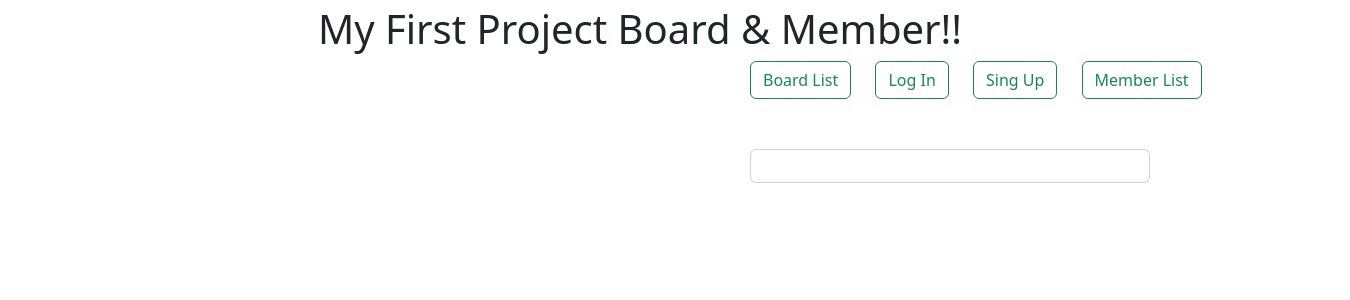
Repository: Raneechoi/java2022_09_03
Page: http://localhost/Project/mem/login_auth
An editor plug-in stored every save of this project. The page is shown before and after a run of saves, followed by the edit.
The browser window is 1280 px wide. The page is 1350 px wide, so the pictures cover 1350 px, including what lies to the right of the window. The pictures show the whole page.
The page is served by Tomcat 9. Other server files are loaded and not shown. Queries for data that is not in the repository find no rows.

Above is the page before, as saved 2022-12-08 06:11:09.

### JSP_Board&Member/Project/src/main/webapp/index.jsp
<%@ page language="java" contentType="text/html; charset=UTF-8"
    pageEncoding="UTF-8"%>
<%@ taglib uri="http://java.sun.com/jsp/jstl/core" prefix="c" %>
<!DOCTYPE html>
<html>
<head>
<meta charset="UTF-8">
<title>Insert title here</title>
<!-- CSS only -->
<link href="https://cdn.jsdelivr.net/npm/bootstrap@5.2.2/dist/css/bootstrap.min.css" rel="stylesheet" integrity="sha384-Zenh87qX5JnK2Jl0vWa8Ck2rdkQ2Bzep5IDxbcnCeuOxjzrPF/et3URy9Bv1WTRi" crossorigin="anonymous">
<!-- JavaScript Bundle with Popper -->
<script src="https://cdn.jsdelivr.net/npm/bootstrap@5.2.2/dist/js/bootstrap.bundle.min.js" integrity="sha384-OERcA2EqjJCMA+/3y+gxIOqMEjwtxJY7qPCqsdltbNJuaOe923+mo//f6V8Qbsw3" crossorigin="anonymous"></script>
</head>
<body>
<div style="margin-top: 5px">
	<h1 style="text-align: center;">My First Project Board & Member!!</h1>
</div>

<div style="width: 600px; display:inline-block; margin-left: 750px;">
		<a href="/bor/pageList" style="margin-right: 20px"><button class="btn btn-outline-success">Board List</button></a>
		<a href="/mem/login" style="margin-right: 20px"><button class="btn btn-outline-success">Log In</button></a>
		<a href="/mem/join" style="margin-right: 20px"><button class="btn btn-outline-success">Sing Up</button></a>
		<a href="/mem/list" ><button class="btn btn-outline-success">Member List</button></a>
</div>

<div class="card" style="width: 400px; display:inline-flex; margin-left: 750px; margin-top: 50px; ">
	 <div class="card-body">
		<c:if test="${ses.email ne null && ses.email ne '' }">
			${ses.email } login 하였습니다. <br>
			계정생성일 : ${ses.reg_at } <br>
			마지막 접속 : ${ses.last_login } <br>
			<a href="/mem/modify?email=${ses.email }"><button type="button" class="btn btn-success" style="margin-top: 20px">회원정보 수정</button></a>
			<a href="/mem/logout?email=${ses.email }"><button type="button" class="btn btn-secondary" style="margin-top: 20px">로그아웃</button></a><br>
		</c:if>

		<c:if test="${ses.email ne null && ses.email ne '' }">
			<a href="/bor/register" ><button class="btn btn-success" style="margin-top: 20px">Board Register</button></a>
			<a href="/bor/list"><button class="btn btn-success" style="margin-top: 20px">My Board List</button></a><br>
		</c:if>
	</div>
</div>


<div >
	<c:if test="${ses.email ne null && ses.email ne '' }">
		<a href="/mem/remove?email=${ses.email }"><button class="btn btn-outline-secondary">회원탈퇴</button></a>
	</c:if>
</div>
</body>
</html>

### JSP_Board&Member/Project/src/main/java/controller/MemberController.java
package controller;

import java.io.IOException;
import java.util.List;

import javax.servlet.RequestDispatcher;
import javax.servlet.ServletException;
import javax.servlet.annotation.WebServlet;
import javax.servlet.http.HttpServlet;
import javax.servlet.http.HttpServletRequest;
import javax.servlet.http.HttpServletResponse;
import javax.servlet.http.HttpSession;

import org.slf4j.Logger;
import org.slf4j.LoggerFactory;

import domain.MemberVO;
import service.MemberService;
import service.MemberServiceImpl;


@WebServlet("/mem/*")
public class MemberController extends HttpServlet {
	private static final long serialVersionUID = 1L;
	private static final Logger log = LoggerFactory.getLogger(MemberController.class);
    private RequestDispatcher rdp;
    private String destPage; //목적지 주소 기록 변수
    private int isOK;

    private MemberService msv; // interface로 생성 - service패키지에

    public MemberController() {
    	msv = new MemberServiceImpl();
    }

	protected void service(HttpServletRequest req, HttpServletResponse res) throws ServletException, IOException {
		req.setCharacterEncoding("utf-8");
		res.setCharacterEncoding("utf-8");
		res.setContentType("text/html; charset=utf-8");

		String uri = req.getRequestURI();
		String path = uri.substring(uri.lastIndexOf("/")+1);

		log.info(">>> URI > "+uri);
		log.info(">>> Path > "+path);
		switch (path) {
		case "login":
			destPage = "/member/login.jsp";
			break;

		case "login_auth":
			try {
				MemberVO mvo = msv.login(
						new MemberVO(
								req.getParameter("email"),
								req.getParameter("pwd")
								));
				log.info("login 객체 input");
				if(mvo != null) {
					//세션 가져오기. 연결된 세션이 없다면 새로 생성
					HttpSession ses = req.getSession();
					//ses로 mvo를 바인딩
					ses.setAttribute("ses", mvo);
					ses.setMaxInactiveInterval(10*60);  // 로그인 유지시간(10분)
				}else {
					req.setAttribute("msg_login", 0);
				}
				destPage="/";

			} catch (Exception e) {
				// TODO: handle exception
				e.printStackTrace();
			}
			break;

		case "join":
			try {
				destPage = "/member/join.jsp";
			} catch (Exception e) {
				e.printStackTrace();
			}
			break;

		case "register":
			isOK = msv.register(new MemberVO(
					req.getParameter("email"),
					req.getParameter("pwd"),
					req.getParameter("nick_name")
					));
			log.info(">>> join > "+(isOK > 0 ?"ok" :"fail"));
			destPage="login";
			break;

		case "logout":
			// 연결된 세션이 있다면 해당 세션을 가져오기
			try {
				HttpSession ses = req.getSession();
				ses.invalidate();  // 세션 끊기
				// 로그인된 email을 주고 로그인 시간 update
				isOK = msv.lastLogin(req.getParameter("email"));
				log.info(">>> lastLogin > "+(isOK > 0 ?"ok" :"fail"));
				destPage="/index.jsp";
			} catch (Exception e) {
				e.printStackTrace();
			}
			break;

		case "list":
			try {
				List<MemberVO> list = msv.getlist();
				req.setAttribute("list", list);
				destPage="/member/list.jsp";
			} catch (Exception e) {
				e.printStackTrace();
			}
			break;

		case "modify":
			try {
				log.info("modify check 1");
				MemberVO mvo = msv.selectOne(req.getParameter("email"));
				req.setAttribute("mvo", mvo);

				log.info("modify check 2");
				destPage = "/member/update.jsp";
			} catch (Exception e) {
				e.printStackTrace();
			}
			break;

		case "update":
			try {
				MemberVO mvo = new MemberVO(req.getParameter("email"), req.getParameter("pwd"), req.getParameter("nick_name"));
				int isOk = msv.update(mvo);
				destPage = "/";
			} catch (Exception e) {
				e.printStackTrace();
			}
			break;

		case "remove":
			try {
				HttpSession ses = req.getSession();
				ses.invalidate();  // 세션 끊기
				// 로그인된 email을 주고 로그인 시간 update
				isOK = msv.remove(req.getParameter("email"));
				log.info(">>> remove > "+(isOK > 0 ?"ok" :"fail"));
				destPage="/";

			} catch (Exception e) {
				e.printStackTrace();
			}
			break;

		default:
			break;
		}
		// 목적지 주소 값 세팅
		rdp = req.getRequestDispatcher(destPage);
		// 정보 싣고 보내기
		rdp.forward(req, res);
	}

	protected void doGet(HttpServletRequest req, HttpServletResponse res) throws ServletException, IOException {
		service(req, res);
	}

	protected void doPost(HttpServletRequest req, HttpServletResponse res) throws ServletException, IOException {
		service(req, res);
	}
}

### JSP_Board&Member/Project/src/main/java/service/MemberServiceImpl.java
package service;

import java.util.List;

import org.slf4j.Logger;
import org.slf4j.LoggerFactory;

import controller.MemberController;
import domain.MemberVO;
import repository.MemberDAO;
import repository.MemberDAOImpl;

public class MemberServiceImpl implements MemberService {

	private MemberDAO mdao;
	private static final Logger log = LoggerFactory.getLogger(MemberController.class);

	public MemberServiceImpl() {
		mdao = new MemberDAOImpl();
	}

	@Override
	public MemberVO login(MemberVO mvo) {
		log.info("login check 2");
		return mdao.selectOne(mvo);
	}

	@Override
	public int register(MemberVO mvo) {
		log.info("register check 2");
		return mdao.insert(mvo);
	}

	@Override
	public int lastLogin(String email) {
		log.info("lastLogin check 2");
		return mdao.update(email);
	}

	@Override
	public List<MemberVO> getlist() {
		log.info("list check 2");
		return mdao.listall();
	}

	@Override
	public int modify(MemberVO mvo) {
		log.info("modify check 2");
		return mdao.update(mvo);
	}

	@Override
	public MemberVO selectOne(String email) {
		// TODO Auto-generated method stub
		return mdao.selectOne(email);
	}

	@Override
	public int update(MemberVO mvo) {
		// TODO Auto-generated method stub
		return mdao.update(mvo);
	}

	@Override
	public int remove(String email) {
		// TODO Auto-generated method stub
		return mdao.remove(email);
	}
}

### JSP_Board&Member/Project/src/main/java/repository/MemberDAO.java
package repository;

import java.util.List;

import domain.MemberVO;

public interface MemberDAO {

	MemberVO selectOne(MemberVO mvo);

	int insert(MemberVO mvo);

	int update(String email);

	List<MemberVO> listall();

	int update(MemberVO mvo);

	MemberVO selectOne(String email);

	int remove(String email);

}

### JSP_Board&Member/Project/src/main/java/repository/MemberDAOImpl.java
package repository;

import java.util.List;

import org.apache.ibatis.session.SqlSession;
import org.slf4j.Logger;
import org.slf4j.LoggerFactory;

import domain.MemberVO;
import orm.DatabaseBuilder;

public class MemberDAOImpl implements MemberDAO {

	private static final Logger log = LoggerFactory.getLogger(MemberDAOImpl.class);
	private SqlSession sql;
	private final String NS = "MemberMapper.";

	public MemberDAOImpl() {
		new DatabaseBuilder();
		sql = DatabaseBuilder.getFactory().openSession();
	}

	@Override
	public MemberVO selectOne(MemberVO mvo) {
		log.info("login check 3");
		return sql.selectOne(NS+"login",mvo);
	}

	@Override
	public int insert(MemberVO mvo) {
		log.info("join check 3");
		int isOK = sql.insert(NS+"reg",mvo);
		if(isOK > 0) {
			sql.commit();
		}
		return isOK;
	}

	@Override
	public int update(String email) {
		log.info("lastLogin check 3");
		int isOK = sql.update(NS+"last", email);
		if(isOK > 0) sql.commit();
		return isOK;
	}

	@Override
	public List<MemberVO> listall() {
		log.info("list check 3");
		return sql.selectList(NS+"list");
	}

	@Override
	public int update(MemberVO mvo) {
		log.info("modify check 3");
		int isOK = sql.update(NS+"modify",mvo);
		if(isOK > 0) sql.commit();
		return isOK;
	}

	@Override
	public MemberVO selectOne(String email) {
		// TODO Auto-generated method stub
		return sql.selectOne(NS+"getOne", email);
	}

	@Override
	public int remove(String email) {
		// TODO Auto-generated method stub
		int isOK = sql.delete(NS+"remove",email);
		if(isOK > 0) sql.commit();
		return isOK;
	}

}

### JSP_Board&Member/Project/src/main/java/orm/DatabaseBuilder.java
package orm;

import org.apache.ibatis.io.Resources;
import org.apache.ibatis.session.SqlSessionFactory;
import org.apache.ibatis.session.SqlSessionFactoryBuilder;

public class DatabaseBuilder {

	private static SqlSessionFactory factory;

	static {
		try {
			factory = new SqlSessionFactoryBuilder()
					.build(Resources.getResourceAsReader("orm/MybatisConfig.xml"));
		} catch (Exception e) {
			e.printStackTrace();
		}
	}

	public static SqlSessionFactory getFactory() {
		return factory;
	}

}

### JSP_Board&Member/Project/src/main/java/domain/MemberVO.java
package domain;

public class MemberVO {

	private String email;
	private String pwd;
	private String nick_name;
	private String reg_at;
	private String last_login;

	public MemberVO() {}

	//login : email, pwd
	public  MemberVO(String email, String pwd) {
		this.email = email;
		this.pwd = pwd;
	}

	// join,modify : email, pwd, nick_name
	public MemberVO(String email, String pwd, String nick_name) {
		this.email = email;
		this.pwd = pwd;
		this.nick_name = nick_name;
	}

	// list : all
	public MemberVO(String email, String pwd, String nick_name, String reg_at, String last_login) {
		this.email = email;
		this.pwd = pwd;
		this.nick_name = nick_name;
		this.reg_at = reg_at;
		this.reg_at = last_login;
	}

	public String getEmail() {
		return email;
	}

	public void setEmail(String email) {
		this.email = email;
	}

	public String getPwd() {
		return pwd;
	}

	public void setPwd(String pwd) {
		this.pwd = pwd;
	}

	public String getNick_name() {
		return nick_name;
	}

	public void setNick_name(String nick_name) {
		this.nick_name = nick_name;
	}

	public String getReg_at() {
		return reg_at;
	}

	public void setReg_at(String reg_at) {
		this.reg_at = reg_at;
	}

	public String getLast_login() {
		return last_login;
	}

	public void setLast_login(String last_login) {
		this.last_login = last_login;
	}

}

### JSP_Board&Member/Project/src/main/java/domain/BoardVO.java
package domain;

public class BoardVO {

	private int bno;
	private String title;
	private String writer;
	private String content;
	private String reg_date;
	private int read_count;
	private String image_file;

	public BoardVO() {}

	// insert(title, writer, content)
	public BoardVO(String title, String writer, String content) {
		this.title = title;
		this.writer = writer;
		this.content = content;
	}

	// list(bno, title, writer, reg_date, read_count)
	public BoardVO(int bno, String title, String writer, String reg_date, int read_count) {
		this.bno = bno;
		this.title = title;
		this.writer = writer;
		this.reg_date = reg_date;
		this.read_count = read_count;
	}

	// detail (all)
	public BoardVO(int bno, String title, String writer, String content, String reg_date, int read_count, String image_file) {
		this.bno = bno;
		this.title = title;
		this.writer = writer;
		this.content = content;
		this.reg_date = reg_date;
		this.read_count = read_count;
		this.image_file = image_file;
	}

	// update(bno, title, content)
	public BoardVO(int bno, String title, String content) {
		this.bno = bno;
		this.title = title;
		this.content = content;
	}

	//(bno, read_count)
	public BoardVO(int bno, int read_count) {
		this.bno = bno;
		this.read_count = read_count;
	}

	public int getBno() {
		return bno;
	}

	public void setBno(int bno) {
		this.bno = bno;
	}

	public String getTitle() {
		return title;
	}

	public void setTitle(String title) {
		this.title = title;
	}

	public String getWriter() {
		return writer;
	}

	public void setWriter(String writer) {
		this.writer = writer;
	}

	public String getContent() {
		return content;
	}

	public void setContent(String content) {
		this.content = content;
	}

	public String getReg_date() {
		return reg_date;
	}

	public void setReg_date(String reg_date) {
		this.reg_date = reg_date;
	}

	public int getRead_count() {
		return read_count;
	}

	public void setRead_count(int read_count) {
		this.read_count = read_count;
	}

	public String getImage_file() {
		return image_file;
	}

	public void setImage_file(String image_file) {
		this.image_file = image_file;
	}

}

### JSP_Board&Member/Project/src/main/java/domain/PagingVO.java
package domain;

public class PagingVO {

	private int pageNo;  // 현재 화면에 출력되는 페이지네이션 번호
	private int qty;     // 한 페이지당 보여줄 게시글 수

	public PagingVO() {  // 페이지네이션을 클릭하기 전 기본 리스트 출력 값
		this(1,10);
	}

	public PagingVO(int pageNo, int qty) {
		this.pageNo = pageNo;
		this.qty = qty;
	}

	public int getPageStart() {
		return (this.pageNo-1)*qty;   // 시작페이지 번호 구하기
	}

	public int getPageNo() {
		return pageNo;
	}

	public void setPageNo(int pageNo) {
		this.pageNo = pageNo;
	}

	public int getQty() {
		return qty;
	}

	public void setQty(int qty) {
		this.qty = qty;
	}


}

### JSP_Board&Member/Project/src/main/java/domain/CommentVO.java
package domain;

public class CommentVO {

	private int cno;
	private int bno;
	private String writer;
	private String content;
	private String reg_at;

	public CommentVO() { }

	// post(bno, writer, content)
	public CommentVO(int bno, String writer, String content) {
		this.bno = bno;
		this.writer = writer;
		this.content = content;
	}

	// modify
	public CommentVO(int cno, String content) {
		this.cno = cno;
		this.content = content;
	}

	// list(bno, cno, writer, content, reg_at)
	public CommentVO(int cno, int bno, String writer, String content, String reg_at) {
		this.cno = cno;
		this.bno = bno;
		this.writer = writer;
		this.content = content;
		this.reg_at = reg_at;
	}

	public int getCno() {
		return cno;
	}

	public void setCno(int cno) {
		this.cno = cno;
	}

	public int getBno() {
		return bno;
	}

	public void setBno(int bno) {
		this.bno = bno;
	}

	public String getWriter() {
		return writer;
	}

	public void setWriter(String writer) {
		this.writer = writer;
	}

	public String getContent() {
		return content;
	}

	public void setContent(String content) {
		this.content = content;
	}

	public String getReg_at() {
		return reg_at;
	}

	public void setReg_at(String reg_at) {
		this.reg_at = reg_at;
	}


}

After the next 2 saves:
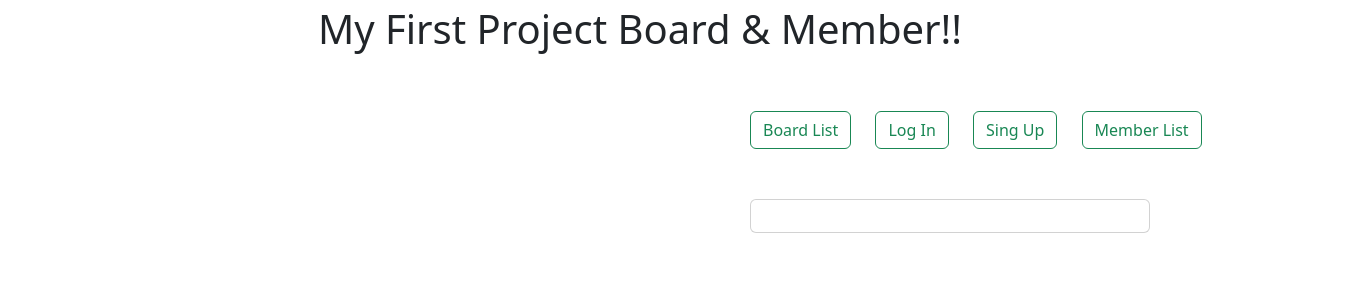
The 2 saves are shown as one change because they came seconds apart.
The last was saved 9 s later.
--- a/JSP_Board&Member/Project/src/main/webapp/index.jsp
+++ b/JSP_Board&Member/Project/src/main/webapp/index.jsp
@@ -16,7 +16,7 @@
 	<h1 style="text-align: center;">My First Project Board & Member!!</h1>
 </div>
 
-<div style="width: 600px; display:inline-block; margin-left: 750px;">
+<div style="width: 600px; display:inline-block; margin-left: 750px; margin-top: 50px;">
 		<a href="/bor/pageList" style="margin-right: 20px"><button class="btn btn-outline-success">Board List</button></a>
 		<a href="/mem/login" style="margin-right: 20px"><button class="btn btn-outline-success">Log In</button></a>
 		<a href="/mem/join" style="margin-right: 20px"><button class="btn btn-outline-success">Sing Up</button></a>
